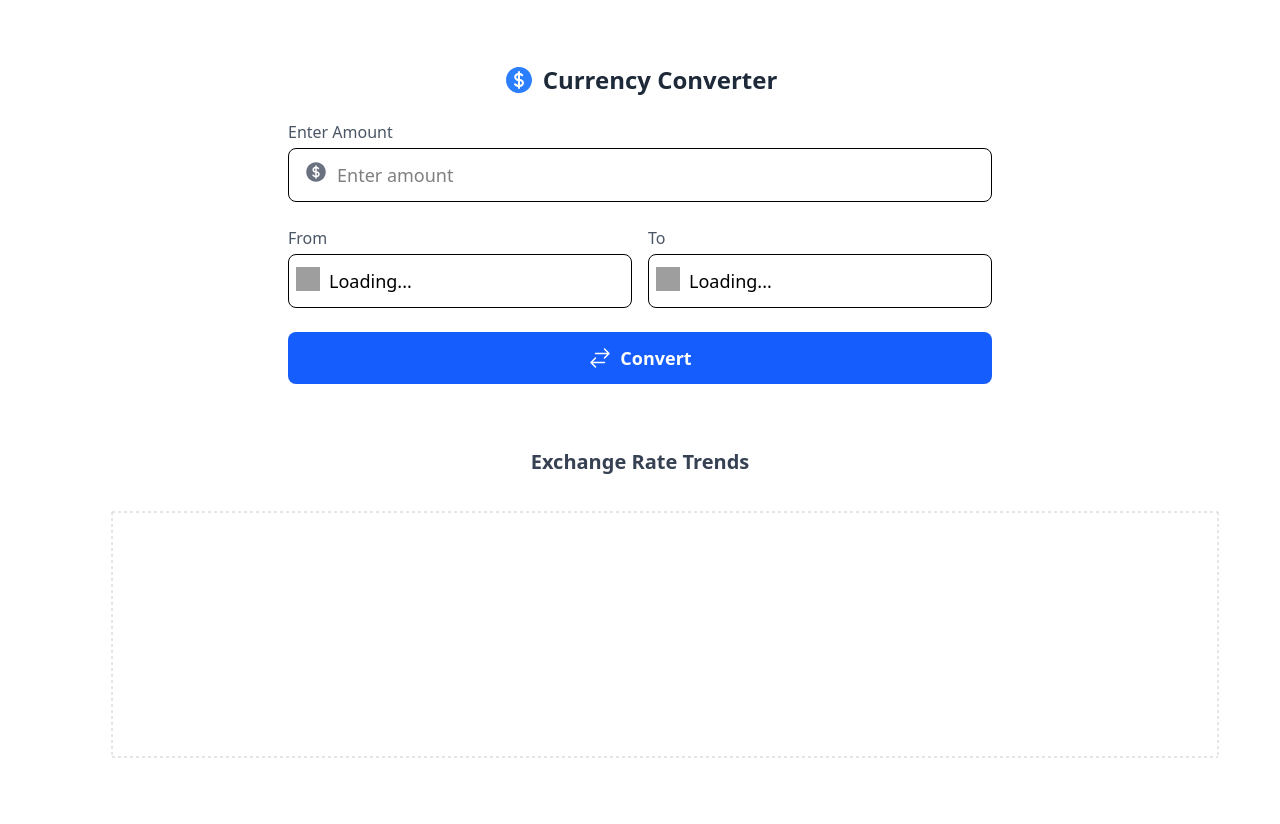
Repository: adrcstro/withcenter_developer_exam
Page: /
An editor plug-in stored every save of this project. The page is shown before and after the next save, followed by the edit.
The browser window is 1280 px wide. The pictures show the whole page.
Pictures or frames that could not be fetched are drawn as grey boxes. The page's requests for data from a server got no answer. The project was rebuilt for these pictures with package versions that can differ from the ones it lists, and the page was loaded fresh each time. No one was signed in, and anything a server would have sent is missing. Also part of the build but not shown: vite.config.ts.

Above is the page before, as saved 2025-03-18 14:15:42.

After the next save:
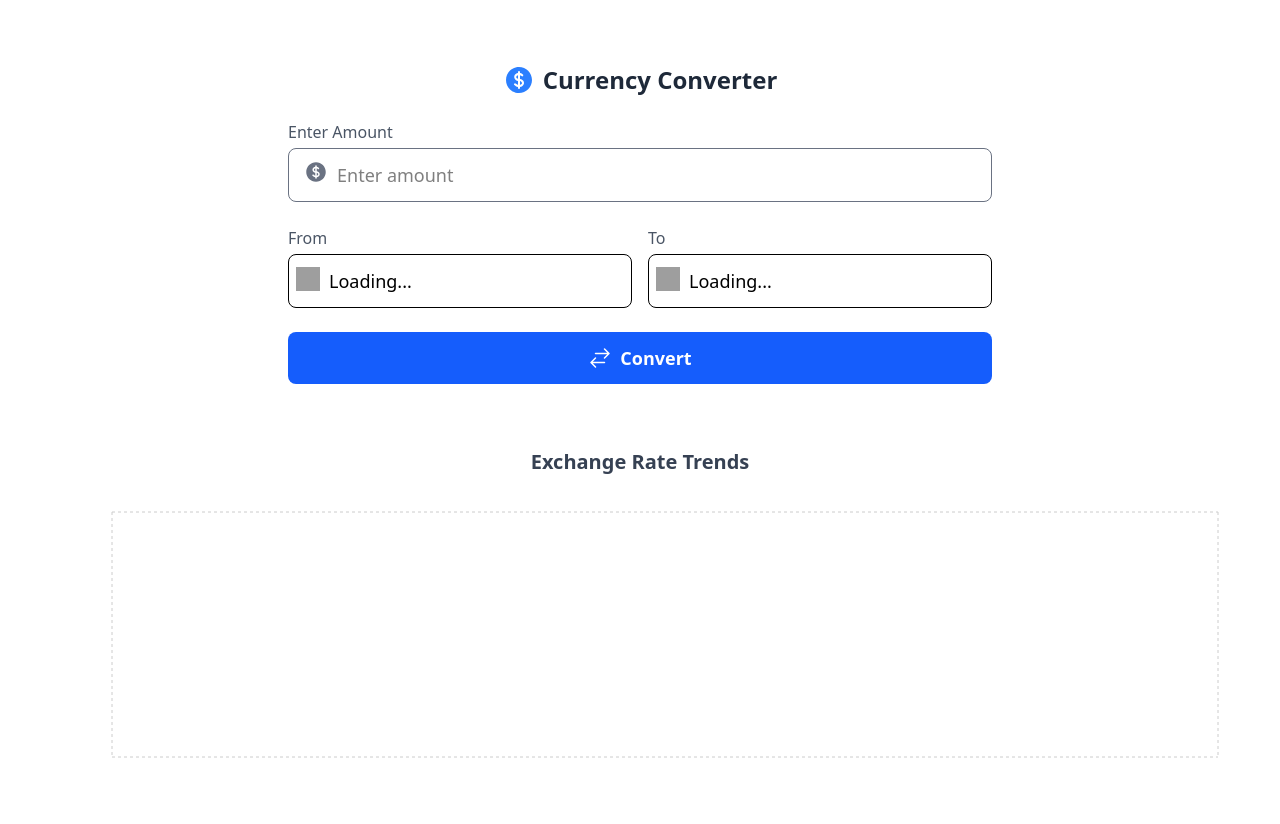
Saved 4 min 31 s later.
--- a/src/App.tsx
+++ b/src/App.tsx
@@ -76,7 +76,7 @@ function CurrencyConverter() {
                 type="number"
                 value={amount}
                 onChange={(e) => dispatch(setAmount(e.target.value))}
-                className="w-full mt-1 pl-12 pr-4 py-3 border rounded-lg text-lg focus:outline-none focus:ring-2 focus:ring-blue-400"
+                className="w-full mt-1 pl-12 pr-4 py-3 border border-gray-500 rounded-lg text-lg focus:outline-none focus:ring-2 focus:ring-blue-400"
                 placeholder="Enter amount"
               />
               <CurrencyDollarIcon className="w-6 h-6 text-gray-500 absolute left-4 top-4" />
